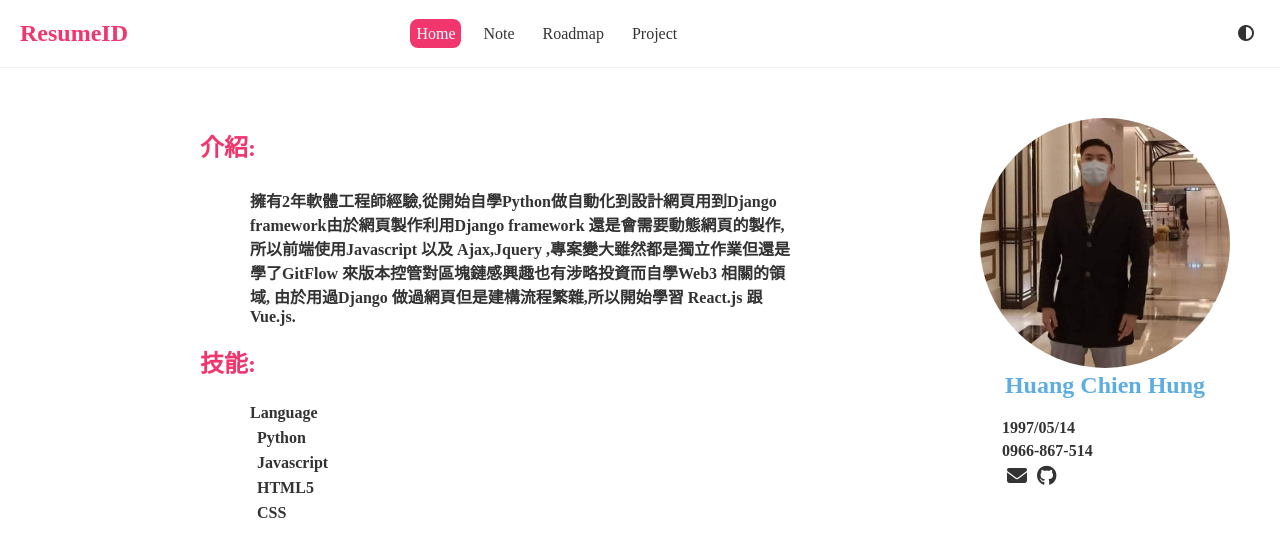
Repository: leo-play-code/ResumeID
Page: /
An editor plug-in stored every save of this project. The page is shown before and after the next save, followed by the edit.
The browser window is 1280 px wide. The pictures show the whole page.
Some web libraries are served in a nearby version. The project was rebuilt for these pictures with package versions that can differ from the ones it lists, and the page was loaded fresh each time. Also part of the build but not shown: src/Note/Note.js, src/Roadmap/Roadmap.js, src/Project/Project.js.

Above is the page before, as saved 2022-10-18 15:26:25.

### public/index.html
<!DOCTYPE html>
<html lang="en">
  <head>
    <meta charset="utf-8" />
    <link rel="icon" href="%PUBLIC_URL%/favicon.ico" />
    <meta name="viewport" content="width=device-width, initial-scale=1" />
    <meta name="theme-color" content="#000000" />
    <meta
      name="description"
      content="Web site created using create-react-app"
    />
    <link rel="apple-touch-icon" href="%PUBLIC_URL%/logo192.png" />
    <link rel="manifest" href="%PUBLIC_URL%/manifest.json" />

    <!-- fontawesome -->
    <script src="https://kit.fontawesome.com/14e9a4f90b.js" crossorigin="anonymous"></script>
    <title>React App</title>
  </head>
  <body>
    <noscript>You need to enable JavaScript to run this app.</noscript>
    <div id="root"></div>
  </body>
</html>

### src/index.css
/* base styles */
* {
  margin: 0;
  font-family: "Quicksand";
  color: #333;
}
.navbar {
  padding: 20px;
  display: flex;
  align-items: center;
  max-width: 100%;
  margin: 0 auto;
  border-bottom: 1px solid #f2f2f2;
}
.navbar h1 {
  color: #f1356d;
}
.navbar-center{
  margin-inline: auto;
}
.navbar-center .page-selected{
  color:white;
  background: #f1356d;
  border-radius: 8px;
  pointer-events: none;
}
.navbar .navbar-right {
  margin-left: auto;
}
.navbar a {
  margin-left: 16px;
  text-decoration: none;
  padding: 6px;
}
.navbar a:hover {
  color: #f1356d;
}
.content {
  max-width: 600px;
  margin: 40px auto;
  padding: 20px;
}

/* Home */
.Home .profile{
  height: 500px;
}
.Home .picture img{
  border-radius: 50%;
  max-width: 250px;
}
.Home .profile .MainName{
  color:#5DADE2;
}

.Home .introduction{
  margin-top: 60px;
  margin-left: 200px;
  float:left;
  width: 600px;
}
.Home .information{
  margin: 50px;
  float:right;
}


.Home .introduction h2{
  color:#f1356d
}
.Home .introduction .context{
  margin-top: 25px;
  margin-left: 50px;
}


.Home .picture{
  text-align: center;
}

.Home .contact{
  margin-top: 20px;
  margin-left:17px
}

.Home .contact div{
  margin :5px;
}

.Home .contact span{
  margin :5px;
}


.Home .contact a{
  margin :5px;
  font-size: 20px;
  transition: 0.3s;
}

.Home .contact a:hover{
  font-size: 35px;
  transition: 0.3s;
}

.Home .skill{
  margin-top: 25px;
  margin-left: 50px;
}
.Home .skill div{
  margin: 7px;
}

### src/App.js
import Navbar from './Navbar/Navbar';
import { BrowserRouter as Router,Route,Switch} from 'react-router-dom'
import Home from './Home/Home';
import Note from './Note/Note';
import Roadmap from './Roadmap/Roadmap';
import Project from './Project/Project';

function App(){
    return (
        <Router>
            <div className="App">
            <Navbar />
                <Switch>
                    <Route exact path='/'>
                        <Home />
                    </Route>
                    <Route exact path='/Note'>
                        <Note />
                    </Route>
                    <Route exact path='/Roadmap'>
                        <Roadmap />
                    </Route>
                    <Route exact path='/Project'>
                        <Project />
                    </Route>

                </Switch>
            </div>
        </Router>

    )
}

export default App;

### src/Navbar/Navbar.js
import { useEffect, useState } from 'react';
import {Link} from 'react-router-dom';

function Navbar(){
    const [navbar_state,setPageState] = useState('');
    function ChangeColor(){
        console.log('changecolor')
    }
    function PageSelected(navbar_state){
        setPageState(navbar_state)
    }
    useEffect(()=>{
        const init_url_arr = window.location.href.split('/')
        const init_url_page = init_url_arr[init_url_arr.length-1]
        setPageState(init_url_page)
    })
    return (
        <nav className="navbar">
            <h1>ResumeID</h1>
            <span className='navbar-center'>
                {(navbar_state == '')&& <Link to="/" className='page-selected'>Home</Link>}
                {!(navbar_state == '')&&<Link to="/" onClick={()=>PageSelected('Home')}>Home</Link>}
                {(navbar_state == 'Note')&& <Link to="/Note" className='page-selected'>Note</Link>}
                {!(navbar_state == 'Note')&&<Link to="/Note" onClick={()=>PageSelected('Note')}>Note</Link>}
                {(navbar_state == 'Roadmap')&& <Link to="/Roadmap" className='page-selected'>Roadmap</Link>}
                {!(navbar_state == 'Roadmap')&&<Link to="/Roadmap" onClick={()=>PageSelected('Roadmap')}>Roadmap</Link>}
                {(navbar_state == 'Project')&& <Link to="/Project" className='page-selected'>Project</Link>}
                {!(navbar_state == 'Project')&&<Link to="/Project" onClick={()=>PageSelected('Project')}>Project</Link>}
            </span>
            <div className="navbar-right">
                <a onClick={ChangeColor}><i className="fa-solid fa-circle-half-stroke"></i></a>
            </div>
        </nav>
    )
}

export default Navbar ;

### src/Home/Home.js



function Home(){
    const pic = require('./static/image/selfy.jpg');
    return(
        <div className="Home">
            <div className='profile'>
                <div className="introduction">
                    <h2 className='context-title'>介紹:</h2>
                    <div className='context'>
                        <b>擁有2年軟體⼯程師經驗,從開始⾃學Python做⾃動化到設計網⾴⽤到Django framework</b>
                        <b>由於網⾴製作利⽤Django framework 還是會需要動態網⾴的製作,所以前端使⽤Javascript 以及 Ajax,Jquery ,專案變⼤雖然都是獨立作業但還是學了GitFlow 來版本控管</b>
                        <b>對區塊鏈感興趣也有涉略投資⽽⾃學Web3 相關的領域, 由於⽤過Django 做過網⾴但是建構流程繁雜,所以開始學習 React.js 跟 Vue.js.</b>
                    </div>
                    <br />
                    <h2 className='context-title'>技能:</h2>
                    <div className='skill'>
                        <h4>Language</h4>
                        <div><b>Python</b></div>
                        <div><b>Javascript</b></div>
                        <div><b>HTML5</b></div>
                        <div><b>CSS</b></div>
                    </div>
                </div>
                <div className='information'>
                    <div className="picture">
                        <img src={pic} alt="" />
                        <h2 className='MainName'>Huang Chien Hung</h2>
                    </div>
                    <div className="contact">
                        <div><b>1997/05/14</b></div>
                        <div><b>0966-867-514</b></div>
                        <span>
                            <a href="mailto:leo56029132@gmail.com"><i className="fa-solid fa-envelope"></i></a>
                            <a href="https://github.com/leo-play-code"><i className="fa fa-github"></i></a>
                        </span>
                    </div>
                </div>
            </div>
        </div>
    )
}
export default Home ;

Loaded but not shown: src/index.js (common file); src/reportWebVitals.js (common file)

After the next save:
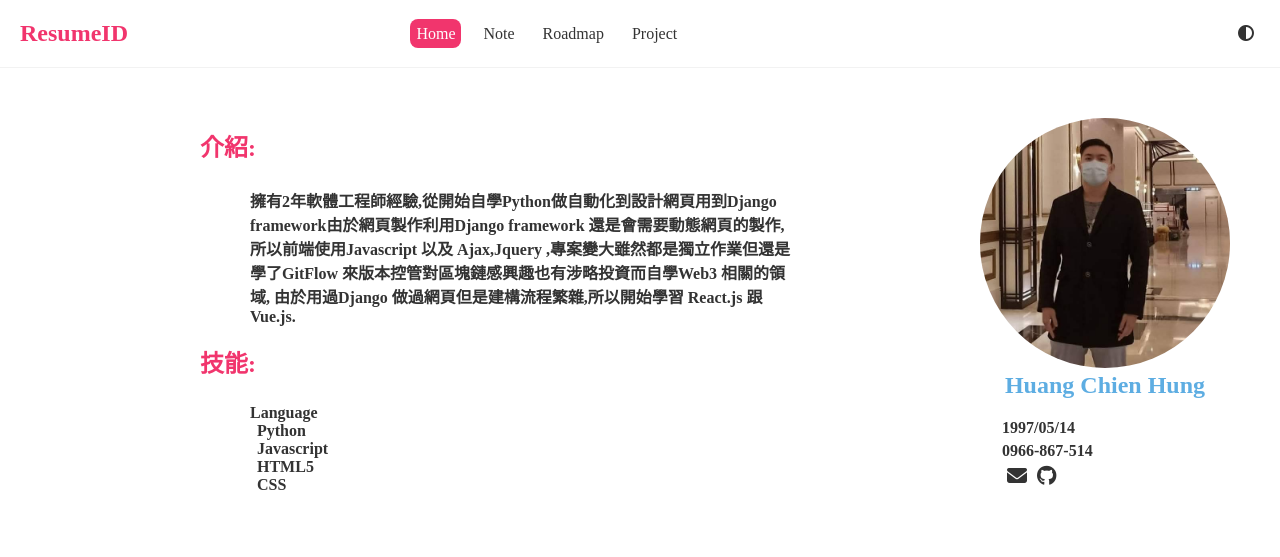
Saved 34 s later.
--- a/src/index.css
+++ b/src/index.css
@@ -108,5 +108,5 @@
   margin-left: 50px;
 }
 .Home .skill div{
-  margin: 7px;
+  margin-left: 7px;
 }
